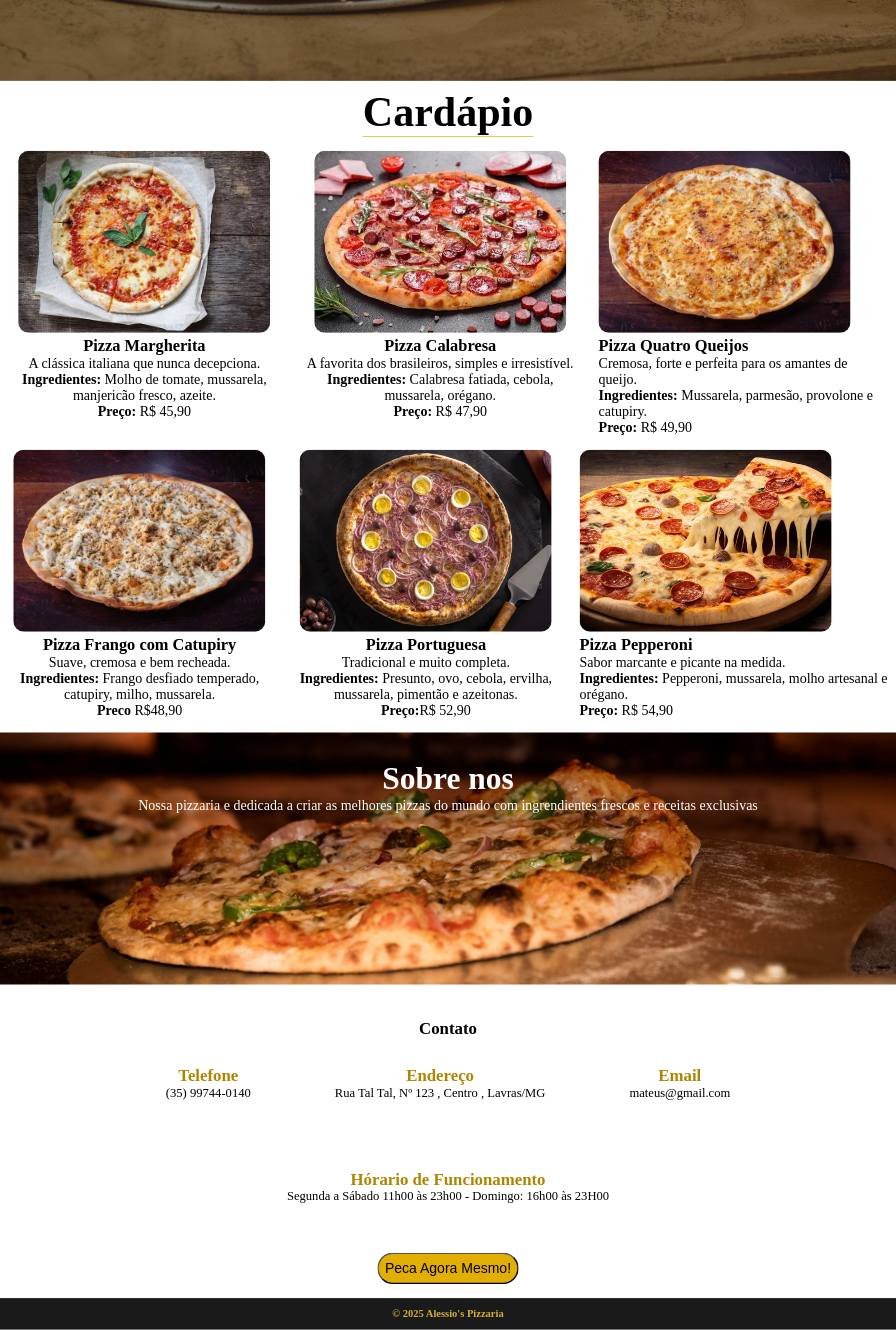
Repository: Mateushlp/landing-page-pizza
Page: index.html
An editor plug-in stored every save of this project. The page is shown before and after a run of saves, followed by the edit.
The browser window is 1280 px wide. The pictures show the part of the page from y = 868 to 2788 px (the page is 2768 px tall before and 2788 px after), at 70% of full size.

Above is the page before, as saved 2026-05-03 10:39:35.

After the next 4 saves:
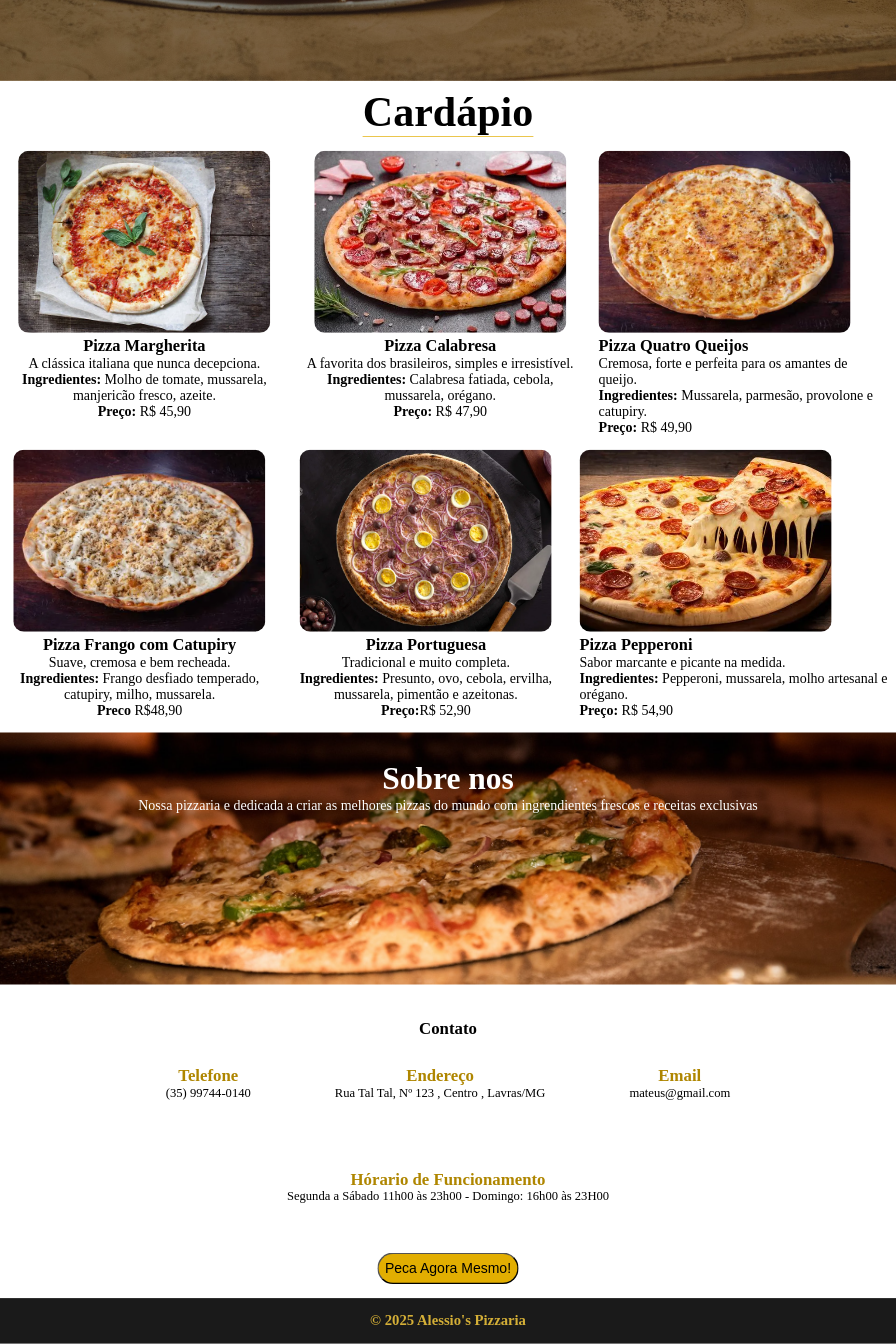
The 4 saves are shown as one change because they came seconds apart.
The last was saved 10 s later.
--- a/style.css
+++ b/style.css
@@ -163,7 +163,6 @@ footer{
   background-color: #1a1a1a;
 color: #d4af37;
   text-align: center;
-  padding: 14px;
-
-  font-size: 10px;
+  padding: 20px;
+  font-size: 14px;
 }
